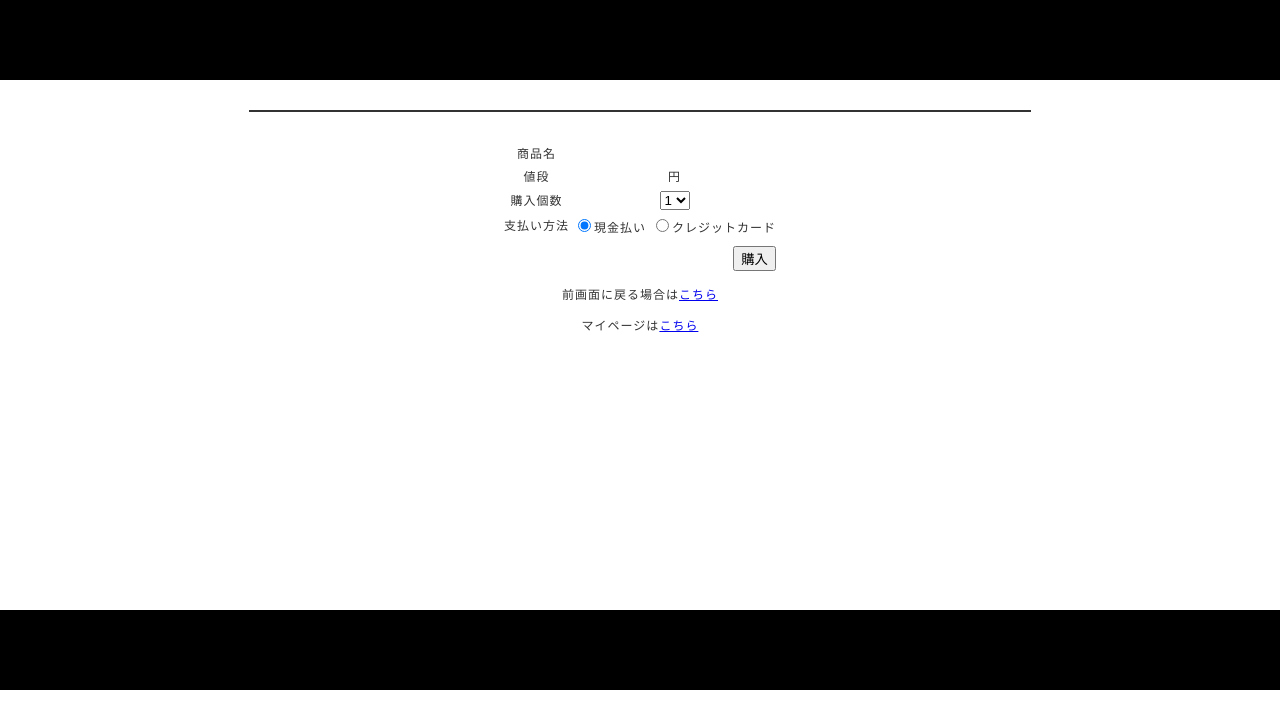
Repository: REDsky96/test
Page: http://localhost/ecsite/buyItem.jsp
The author's editor kept a copy of each file at every save. The page is drawn from the files as they stood at one save, then again after the next save.
The browser window is 1280 px wide. The pictures show the whole page.
The page is served by Tomcat 9. Other server files are loaded and not shown.

Above is the page before, as saved 2018-11-07 02:36:58.

### ecsite/WebContent/buyItem.jsp
<%@ page language="java" contentType="text/html; charset=UTF-8"

pageEncoding="UTF-8"%>

<%@ taglib prefix="s" uri="/struts-tags"%>
<!DOCTYPE html>
<html>
<head>

<meta http-equiv="Content-Type" content="text/html; charset=utf-8" />
<meta http-equiv="Content-Style-Type" content="text/css" />
<meta http-equiv="Content-Script-Type" content="text/javascript" />
<meta http-equiv="imagetoolbar" content="no" />
<meta name="description" content="" />
<meta name="keywords" content="" />
<title>BuyItem画面</title>
<style type="text/css">

body {
margin:0;
padding:0;
line-height:1.6;
letter-spacing:1px;
font-family:Verdana, Helvetica, sans-serif;
font-size:12px;
color:#333;
background:#fff;
}

table {
text-align:center;
margin:0 auto;
}

#top {
width:780px;
margin:30px auto;
border:1px solid #333;
}

#header {
width: 100%;
height: 80px;
background-color: black;
}

#main {
width: 100%;
height: 500px;
text-align: center;
}

#footer {
width: 100%;
height: 80px;
background-color: black;
clear:both;
}

</style>
</head>


<body>
  <div id = "header">
    <div id = "pr">
    </div>
  </div>

  <div id = "main">
    <div id = "top">
    </div>

    <div>
      <s:form action = "BuyItemAction">
      <table>
        <tr>
          <td>
            <span>商品名</span>
          </td>
          <td>
            <s:property value = "session.buyItem_name"/><br>
          </td>
        </tr>

        <tr>
          <td>
            <span>値段</span>
          </td>
          <td>
            <s:property value = "session.buyItem_price"/><span>円</span>
          </td>
        </tr>

        <tr>
          <td>
            <span>購入個数</span>
          </td>
          <td>
            <select name = "count">
              <option value = "1" selected = "selected">1</option>
              <option value = "2">2</option>
              <option value = "3">3</option>
              <option value = "4">4</option>
              <option value = "5">5</option>
            </select>
          </td>
        </tr>

        <tr>
          <td>
            <span>支払い方法</span>
          </td>

          <td>
            <input type = "radio" name = "pay" value = "1" checked = "checked">現金払い
            <input type = "radio" name = "pay" value = "2">クレジットカード
          </td>
        </tr>

        <tr>
          <td>
            <s:submit value = "購入"/>
          </td>
        </tr>
      </table>
    </s:form>

    <div>
      <p>前画面に戻る場合は<a href = '<s:url action = "GoHomeAction"/>'>こちら</a></p>
      <p>マイページは<a href = '<s:url action = "MyPageAction"/>'>こちら</a></p>
    </div>
  </div>
</div>

<div id = "footer">
  <div id = "pr">
  </div>
</div>

</body>
</html>

After the next save:
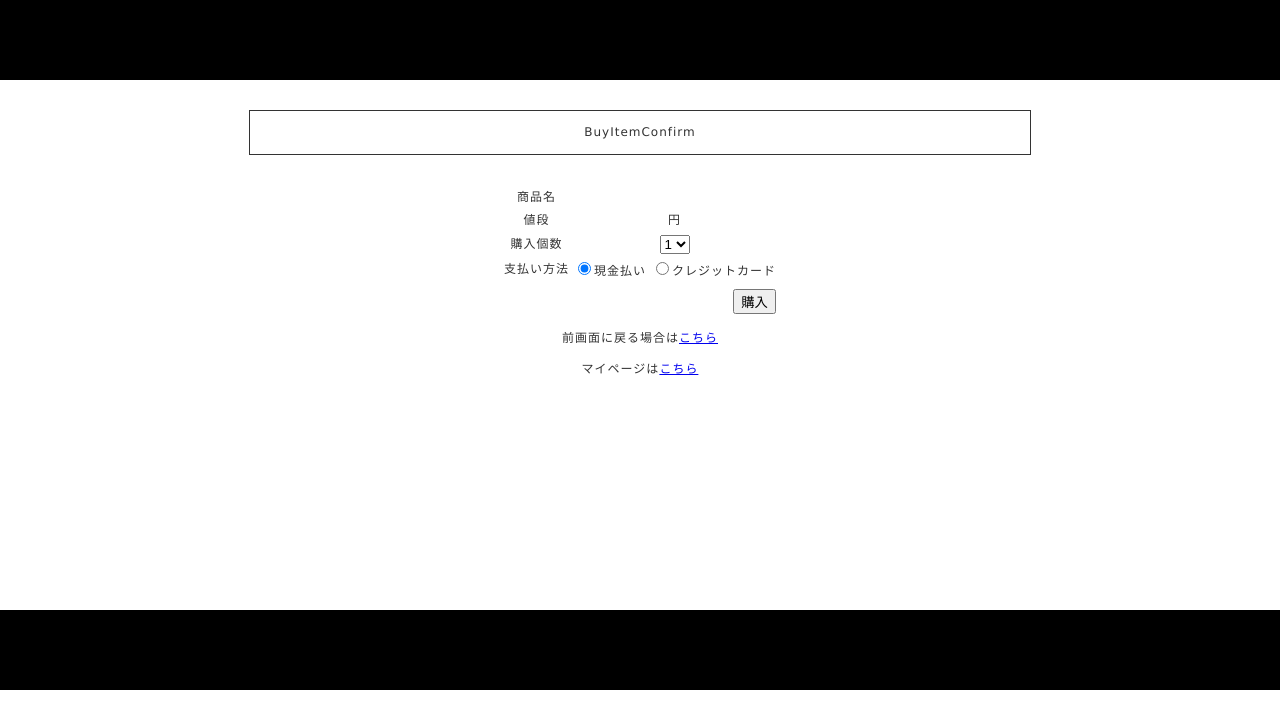
Saved 89 s later.
--- a/ecsite/WebContent/buyItem.jsp
+++ b/ecsite/WebContent/buyItem.jsp
@@ -69,6 +69,7 @@
 
   <div id = "main">
     <div id = "top">
+      <p>BuyItemConfirm</p>
     </div>
 
     <div>
